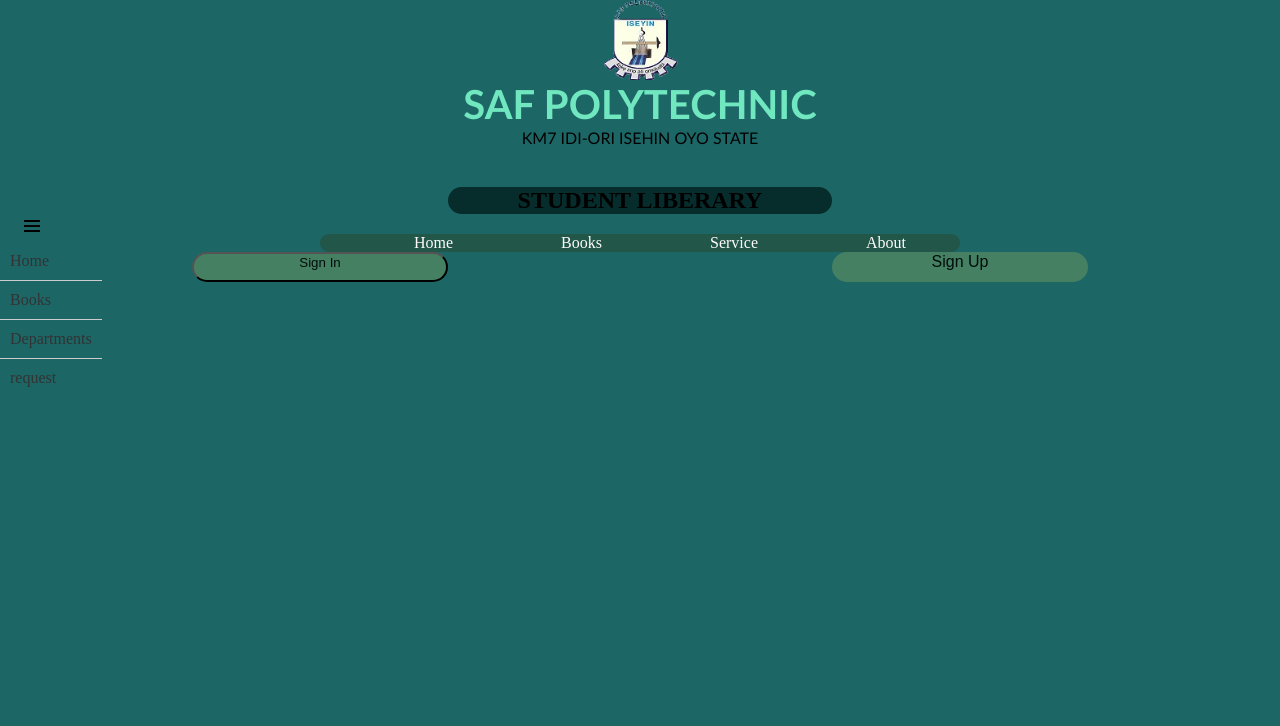
Repository: makinwademila/new-html
Page: index.html
The author's editor kept a copy of each file at every save. The page is drawn from the files as they stood at one save, then again after the next save.
The browser window is 1280 px wide. The pictures show the whole page.

Above is the page before, as saved 2025-03-05 17:56:54.
Console error: ReferenceError: e is not defined

### index.html
<!DOCTYPE html>
    <html lang="en">

        <head>

            <title>test web page</title>
            <link href="style.css" rel="stylesheet">
        </head>
        <title>saf porject</title>

        <body>
            <header>
                <div class="names">
                    <img src="logo.png">
                    <div class="name">
                        <h6>
                            SAF POLYTECHNIC
                        </h6>
                    </div>

                    <div class="namer"> KM7 IDI-ORI ISEHIN OYO STATE
                    </div>
                </div>
            </header>

            <nav>
                <div class="title">
                    <h2>
                        STUDENT LIBERARY
                    </h2>
                </div>
            </nav>
            <div class="nav-menu-btn">

                <div class="menu-icon" id="menu-icon">

                    <div class="dropdown">
                        <span class="dropdown-button">
                        <i class="menu-icon"> <svg xmlns="http://www.w3.org/2000/svg" width="24" height="24" viewBox="0 0 24 24"><path d=
                        "M4 6h16v2H4zm0 5h16v2H4zm0 5h16v2H4z"/></svg></i>


                        <div class="dropdown-content">
                            <ul>
                                <li><a href="#">Home</a></li>
                                <li><a href="#">Books</a></li>
                                <li><a href="#">Departments</a></li>
                                <li><a href="#">request</a></li>
                            </ul>
                        </div>
                    </div>


                </div>
                <div class="drop-down-menu" id="drop-down-menu">

                </div>

            </div>
            <div class="nav-menu">
                <ul>
                    <li><a href="#" class="first">Home</a></li>
                    <li><a href="#" class="second">Books</a></li>
                    <li><a href="#" class="third">Service</a></li>
                    <li><a href="#" class="fourth">About</a></li>
                </ul>
            </div>


            <div class="nav-button">
                <button class="btn1" id="loginBtn">Sign In</button>
                <button class="btn" id="RegisterBtn">Sign Up</button>
            </div>

            <div class="wrapper">
                <span class="icon-close"><ion-icon name="close"></ion-icon>
                </span>

                        <div class="form-box login">
                            <h2>Login</h2>
                            <form action="#">
                                <div class="input-box">
                                    <span class="icon"><ion-icon name="mail"></ion-icon></span>
                                    <input type="email" required>
                                    <label>Matric.NO</label>
                                </div>
                                <form action="#">
                                    <div class="input-box">
                                        <span class="icon"><ion-icon name="lock-closed"></ion-icon></span>
                                        <input type="password" required>
                                        <label>Password</label>
                                    </div>
                                    <div class="remember-forgot">
                                        <label><input type="checkbox" required>Remember me</label>
                                        <a href="#">Forgot Password?</a>
                                    </div>
                                    <button type="submit" class="btn" onclick="active" href="home.html">Login</button>
                                    <div class="login-register">
                                        <p>Don't have an account? <a href="#" class="register-link">Register</a></p>
                                    </div>
                                </form>
                        </div>

                        <div class="form-box register">
                            <h2>Registration</h2>
                            <form action="#">
                                <div class="input-box">
                                    <span class="icon"><ion-icon name="person"></ion-icon></span>
                                    <input type="text" required>
                                    <label>Matric.NO</label>
                                </div>
                                <div class="input-box">
                                    <span class="icon"><ion-icon name="mail"></ion-icon></span>
                                    <input type="email" required>
                                    <label>Email</label>
                                </div>
                                <form action="#">
                                    <div class="input-box">
                                        <span class="icon"><ion-icon name="lock-closed"></ion-icon></span>
                                        <input type="password" required>
                                        <label>Password</label>
                                    </div>
                                    <div class="remember-forgot">
                                        <label><input type="checkbox" required>I agree to the terms & condition</label>

                                    </div>
                                    <button type="submit" class="btn">Register</button>
                                    <div class="login-register">
                                        <p>Already have an account? <a href="#" class="login-link">Login</a></p>
                                    </div>
                                </form>
                        </div>
                    </div>

                    <script type="module" src="https://unpkg.com/ionicons@7.1.0/dist/ionicons/ionicons.esm.js"></script>
                    <script nomodule src="https://unpkg.com/ionicons@7.1.0/dist/ionicons/ionicons.js"></script>
                    <script src="script.js"></script>
        </body>


        </html>

### style.css
* {
    margin: auto;
    padding: auto;
}

body {
    margin: 0;
    padding: 0;
    background-color: rgb(29, 102, 102);
    height: auto;
    width: auto;
}

header {
    font-family: 'Gill Sans', 'Gill Sans MT', Calibri, 'Trebuchet MS', sans-serif;
    justify-content: center;
    align-content: center;
}

img {
    height: 80px;
    width: 80px;
    display: block;
    margin: auto;
}

.name h6 {
    font-size: 40px;
    font-weight: bolder;
    color: rgb(112, 231, 191);
    display: flex;
    justify-content: center;
    align-content: center;
}

.title {
    display: flex;
    justify-content: center;
    align-items: center;
    flex-direction: row;
    justify-content: space-between;
    justify-content: space-around;
    color: black;
    background-color: rgb(7, 44, 44);
    border-radius: 60px;
    width: 30%;
    list-style: none;
    margin-top: 40px;
}

.namer {
    display: flex;
    justify-content: center;
}

.nav-button button {
    display: flex;
    background-color: rgb(69, 128, 98);
    color: rgb(1, 12, 12);
    height: 30px;
    width: 20%;
    border-radius: 20px;
}

.icon {
    color: rgb(53, 102, 43);
}

.nav-menu {
    position: relative;
    top: 20px;
    border-top: 40px;
    width: 50%;
    background-color: rgba(34, 83, 67, 0.836);
    border-radius: 70px;
}

.nav-menu ul {
    display: flex;
    flex-direction: row;
    justify-content: space-between;
}

a {
    background-color: transparent;
    color: rgb(255, 252, 252);
    transition: 1s;
    opacity: 5px;
    animation: forwards;
    border-radius: 100px;
    text-decoration: none;
}

a:hover {
    color: rgba(255, 219, 14, 0.801);
}

a:active {
    background-color: rgb(30, 48, 30);
    transition: 1s ease-in-out;
}

.nav-button {
    justify-content: center;
    display: flex;
    justify-content: space-around;
}

li {
    color: transparent;
}

.nav-menu-btn {
    position: absolute;
    border: none;
    color: #65dee2;
    display: flex;
    overflow: hidden;
}

.nav-menu-btn:hover {
    color: aliceblue;
}

.nav-button {
    border: none;
    justify-content: center;
    display: flex;
    justify-content: space-between;
}

button {
    font-family: Arial, Helvetica, sans-serif;
    justify-content: center;
    margin-top: 20px;
}

.dropdown {
    position: relative;
    display: inline-block;
}

.dropdown-button {
    background-color: transparent;
    color: #fff;
    padding: 10px 20px;
    border: none;
    border-radius: 5px;
    cursor: pointer;
}

.dropdown-button:hover {
    transform: scale(1.1);
    transition: transform 0.3s ease-in-out;
}


/*.dropdown-content {
    display: none;
    position: absolute;
    background-color: #f9f9f9;
    min-width: 160px;
    box-shadow: 0px 8px 16px 0px rgba(0, 0, 0, 0.2);
    z-index: 1;
}*/

.dropdown-content ul {
    list-style: none;
    padding: 0;
    margin: 0;
}

.dropdown-content li {
    padding: 10px;
    border-bottom: 1px solid #ccc;
}

.dropdown-content li:last-child {
    border-bottom: none;
}

.dropdown-content a {
    text-decoration: none;
    color: #333;
}

.dropdown-content a:hover {
    background-color: #f1f1f1;
}

.dropdown-button:focus+.dropdown-content {
    display: block;
}

.dropdown-content:hover {
    display: block;
}

.wrapper {
    position: relative;
    top: -170px;
    width: 400px;
    height: 440px;
    background: transparent;
    border: 2px solid rgba(255, 255, 255, 0.5);
    border-radius: 20px;
    backdrop-filter: blur(20px, 20px);
    box-shadow: 0 0 30px rgba(0, 0, 0, 0.5);
    display: flex;
    justify-content: center;
    align-items: center;
    transition: transform .5s ease height .2 ease;
    overflow: hidden;
    transform: scale(0);
}


/*header {
    transform: scale(0.7);
}

.header {
    overflow: hidden;
    transform: scale(0);
}*/

.header.active-popup {
    transform: scale(1);
}

.wrapper.active-popup {
    transform: scale(1);
}

.wrapper.active {
    height: 520px;
}

.wrapper .form-box.login {
    transition: transform .18s ease;
    transform: translateX(0);
}

.wrapper.active .form-box.login {
    transition: none;
    transform: translateX(-400px);
}

.wrapper .form-box.register {
    position: absolute;
    transition: none;
    transform: translate(400px);
}

.wrapper.active .form-box.register {
    transition: transform .18s ease;
    transform: translateX(0);
}

.wrapper .form-box {
    width: 100%;
    max-width: 400px;
    padding: 40px;
    border-radius: 20px;
    box-shadow: 0 0 20px rgba(0, 0, 0, 0.1);
    display: flex;
    flex-direction: column;
    justify-content: center;
    align-items: center;
}

.wrapper .icon-close {
    position: absolute;
    top: 0;
    right: 0;
    width: 45px;
    height: 45px;
    background: #162938;
    font-size: 2em;
    color: #fff;
    display: flex;
    justify-content: center;
    align-items: center;
    border-bottom-left-radius: 20px;
    cursor: pointer;
    z-index: 1;
}

.form-box h2 {
    font-size: 2.5em;
    color: #162938;
    text-align: center;
}

.input-box {
    position: relative;
    width: 100%;
    height: 30px;
    border-bottom: 2px solid #162938;
    margin: 20px 0;
}

.input-box label {
    position: absolute;
    top: 30%;
    left: 12%;
    transform: translate(-40%);
    font-size: 1em;
    color: #162938;
    font-weight: 500;
    pointer-events: none;
    transition: 0.5s;
    animation-duration: 2s;
}

.input-box input:focus~label,
.input-box input:valid~label {
    top: -15px;
    color: #162938;
    font-weight: 700;
}

.input-box input {
    position: absolute;
    width: 100%;
    height: 100%;
    border: none;
    background: transparent;
    outline: none;
    font-size: 1em;
    color: #162938;
    font-weight: 600;
}

.input-box .icon {
    position: absolute;
    top: 50%;
    right: 10px;
    transform: translateY(-50%);
    font-size: 1em;
    color: #162938;
    line-height: 57px;
}

.remember-forgot {
    font-size: .9em;
    color: #162938;
    font-weight: 500;
    margin: -15px 0 15px;
    display: flex;
    justify-content: space-between;
}

.remember-forgot label input {
    accent-color: #162938;
    margin-right: 3px;
}

.remember-forgot a {
    color: #162938;
    text-decoration: none;
}

.remember-forgot a:hover {
    text-decoration: underline;
}

.btn {
    width: 100%;
    height: 45px;
    background: #162938;
    border: none;
    outline: none;
    border-radius: 20px;
    cursor: pointer;
    font-size: 1em;
    color: #fff;
    font-weight: 500;
}

.btn:hover {
    background: #111726;
}

.login-register {
    font-size: 0.9em;
    color: #162938;
    text-align: center;
    font-weight: 500;
    margin: 25px 0 10px;
}

.login-register p a {
    color: #162938;
    text-decoration: none;
    font-weight: 600;
}

.login-register p a:hover {
    text-decoration: underline;
}

### script.js
const dropdownButton = document.querySelector('.dropdown-button');
const dropdownContent = document.querySelector('.dropdown-content');
const wrapper = document.querySelector('.wrapper');
const loginlink = document.querySelector('.login-link');
const registerlink = document.querySelector('.register-link');
const btnPopup = document.querySelector('.btnLogin-popup');
const iconClose = document.querySelector('.icon-close');


dropdownButton.addEventListener('click', () => {
    dropdownContent.classList.toggle('show');
});

window.addEventListener('click', (e) => {});
if (!e.target.classList.contains('dropdown-button') && !e.target.classList.contains('dropdown-content')) {
    dropdownContent.classList.remove('show');
}


registerlink.addEventListener('click', () => {
    wrapper.classList.add('active');
});

loginlink.addEventListener('click', () => {
    wrapper.classList.remove('active');
});

btnPopup.addEventListener('click', () => {
    wrapper.classList.toggle('active-popup');
});

iconClose.addEventListener('click', () => {
    wrapper.classList.remove('active-popup');
});

After the next save:
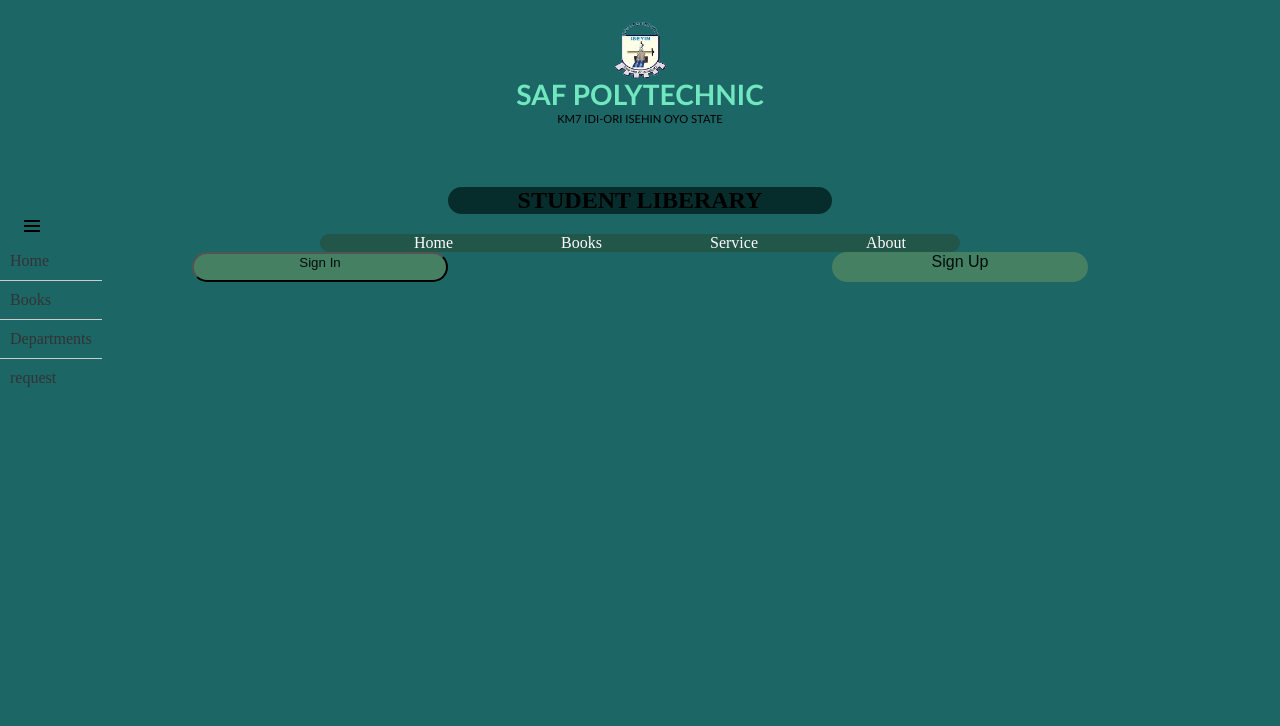
Saved 28 s later.
--- a/style.css
+++ b/style.css
@@ -214,15 +214,14 @@
     transform: scale(0);
 }
 
-
-/*header {
+header {
     transform: scale(0.7);
 }
 
 .header {
     overflow: hidden;
     transform: scale(0);
-}*/
+}
 
 .header.active-popup {
     transform: scale(1);
